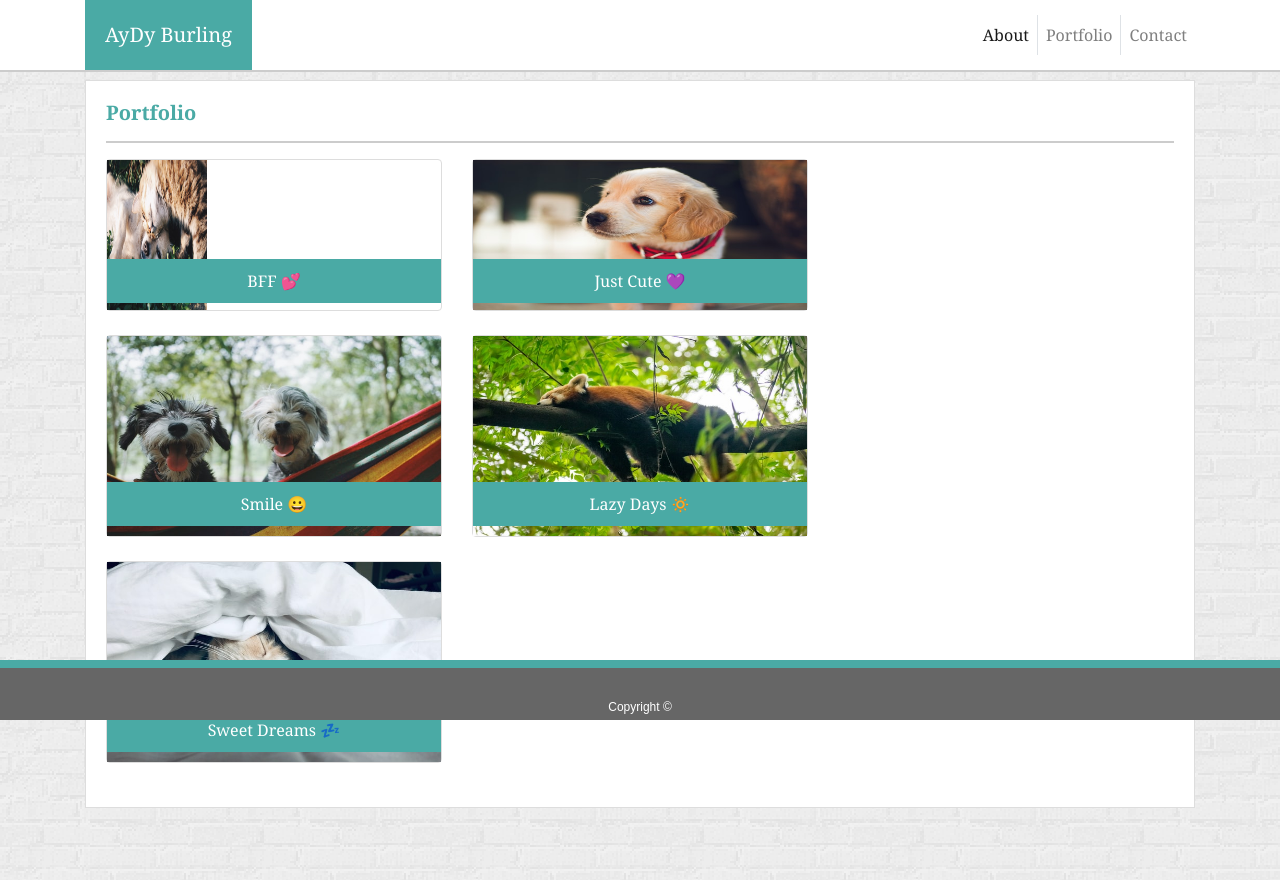
Repository: Dee1985/AyDy-Burling-prework
Page: Module-1_Assessment/portfolio.html
These files come from the project's save history. The page is drawn as it stood at one moment and after the next save; the edit follows.
The browser window is 1280 px wide. The pictures show the whole page.

Above is the page before, as saved 2020-05-22 23:31:41.

### Module-1_Assessment/portfolio.html
<!DOCTYPE html>
<html lang="en">
  <head>
    <meta charset="UTF-8" />
    <meta name="viewport" content="width=device-width, initial-scale=1.0" />
    <meta http-equiv="X-UA-Compatible" content="ie=edge" />
    <title>Portfolio</title>
    <link rel="stylesheet" href="assets/css/reset.css" />
    <link
      rel="stylesheet"
      href="https://stackpath.bootstrapcdn.com/bootstrap/4.3.1/css/bootstrap.min.css"
      integrity="sha384-ggOyR0iXCbMQv3Xipma34MD+dH/1fQ784/j6cY/iJTQUOhcWr7x9JvoRxT2MZw1T"
      crossorigin="anonymous"
    />
    <link rel="stylesheet" href="assets/css/style.css" />
  </head>
  <body>
    <nav class="navbar navbar-light navbar-expand-lg p-0 card-gallery ">
      <div class="container">
        <a href="# "class="navbar-brand text-white"
          >AyDy Burling</a>
          <button
              class="navbar-toggler"
              type="button"
              data-toggle="collapse"
              data-target="#navbarTogglerDemo02"
              aria-controls="navbarTogglerDemo02"
              aria-expanded="false"
              aria-label="Toggle navigation"
            >
              <span class="navbar-toggler-icon"></span>
            </button>
            <div class="collapse navbar-collapse" id="navbarTogglerDemo02">
              <ul class="navbar-nav ml-auto mt-2 mt-lg-0">
                <li class="nav-item active">
                  <a class="nav-link border-right" href="index.html">About</a>
                </li>
                <li class="nav-item">
                  <a class="nav-link border-right" href="#">Portfolio</a>
                </li>
                <li class="nav-item">
                  <a class="nav-link" href="contact.html" tabindex="-1">Contact</a>
                </li>
              </ul>
            </div>
          </nav>

    <section class="card-gallery">
      <div class="container">
        <div class="row">
          <div class="col mb-4 mt-2">
            <div class="card rounded-0 mb-5">
              <div class="card-body">
              <h5 class="card-title">Portfolio</h5>
              <hr />
              <!-- start of cards -->
            <div class="row justify-content-start">
              <!-- first card -->
                <div class="col-4 mb-4">
                            <div class="card text-white">
                                <img src="assets/img/krista-mangulsone-9gz3wfHr65U-unsplash.jpg"  width="30%"height="150px" alt="cat and dog cuddles">
                                <div class="card-heading text-center">
                                    BFF 💕
                                </div>
                            </div>
                        </div>
               <!-- second card -->
                <div class="col-4 mb-4">
                            <div class="card text-white">
                                <img src="assets/img/berkay-gumustekin-ngqyo2AYYnE-unsplash.jpg" width="100%" height="150px" alt="puppy pic">
                                <div class="card-heading text-center">
                                    Just Cute 💜
                                </div>
                            </div>
                  </div>
            </div>
               <!-- third card -->
            <div class="row">
              <div class="col-4 mb-4">
                            <div class="card text-white">
                                <img src="assets/img/alvan-nee-FHl79chXS6s-unsplash.jpg" width="100%" height="200px" alt="two dogs smiling">
                                <div class="card-heading text-center">
                                    Smile 😀
                                </div>
                            </div>
                        </div>
               <!-- fourth card -->
                   <div class="col-4 mb-4">
                            <div class="card text-white">
                                <img src="assets/img/chris-curry-GYpsSWHslHA-unsplash.jpg" width="100%" height="200px" alt="animal sleeping on branch">
                                <div class="card-heading text-center">
                                    Lazy Days 🔅
                                </div>
                            </div>
                        </div>
                        </div>
               <!-- fifth card -->
               <div class="row justify-content-start">
                   <div class="col-4 mb-4">
                            <div class="card text-white">
                                <img src="assets/img/kate-stone-matheson-uy5t-CJuIK4-unsplash.jpg" width="100%" height="200px" alt="cat under a blanket">
                                <div class="card-heading text-center">
                                    Sweet Dreams 💤
                                </div>
                            </div>
                        </div>
                        </div>

            </div>
              </div>
            </div>
          </div>
        </div>
      </div>
    </section>
    <footer>
      <div class="fixed text-center text-white"> Copyright &copy;</div>
    </footer>

    <script
      src="https://code.jquery.com/jquery-3.3.1.slim.min.js"
      integrity="sha384-q8i/X+965DzO0rT7abK41JStQIAqVgRVzpbzo5smXKp4YfRvH+8abtTE1Pi6jizo"
      crossorigin="anonymous"
    ></script>
    <script
      src="https://cdnjs.cloudflare.com/ajax/libs/popper.js/1.14.7/umd/popper.min.js"
      integrity="sha384-UO2eT0CpHqdSJQ6hJty5KVphtPhzWj9WO1clHTMGa3JDZwrnQq4sF86dIHNDz0W1"
      crossorigin="anonymous"
    ></script>
    <script
      src="https://stackpath.bootstrapcdn.com/bootstrap/4.3.1/js/bootstrap.min.js"
      integrity="sha384-JjSmVgyd0p3pXB1rRibZUAYoIIy6OrQ6VrjIEaFf/nJGzIxFDsf4x0xIM+B07jRM"
      crossorigin="anonymous"
    ></script>
  </body>
</html>

### Module-1_Assessment/assets/css/style.css
* {
	box-sizing: border-box;
	margin: 0;
	padding: 0;
}

section {
	/* https://www.toptal.com/designers/subtlepatterns/?s=brick */
	background-image: url('../img/brickwall_@2X.png');
	background-position: center;
}

nav {
	font-family: Cambria, Cochin, Georgia, Times, 'Times New Roman', serif;
}

.btn {
	background-color: #4aaaa5;
	border-color: #4aaaa5;
}
.navbar {
	border-bottom: 2px solid #cccccc;
}
a.navbar-brand {
	background-color: #4aaaa5;
	padding: 20px;
	margin: 0;
}
hr {
	border-top: 2px solid;
	border-color: #cccccc;
}
div.col-4.mb-4 {
	width: 20%;
}
.card {
	font-family: Arial, Helvetica, sans-serif;
	border-color: #dddddd;
}
.card-title {
	font-size: 20px;
	color: #4aaaa5;
	font-family: Cambria, Cochin, Georgia, Times, 'Times New Roman', serif;
	font-weight: bold;
}
.card-heading {
	background-color: #4aaaa5;
	font-size: 16px;
	font-family: Cambria, Cochin, Georgia, Times, 'Times New Roman', serif;
	position: absolute;
	bottom: 5%;
	width: 100%;
	padding-top: 10px;
	padding-bottom: 10px;
}

footer {
	position: fixed;
	left: 0;
	bottom: 0;
	width: 100%;
	border-top: 8px solid #4aaaa5;
	background-color: #666666;
	color: #ffffff;
	font-family: Arial, 'Helvetica Neue', Helvetica, sans-serif;
	font-size: 12px;
	height: 60px;
	padding-top: 30px;
}

Loaded but not shown: Module-1_Assessment/assets/css/reset.css (common file)

After the next save:
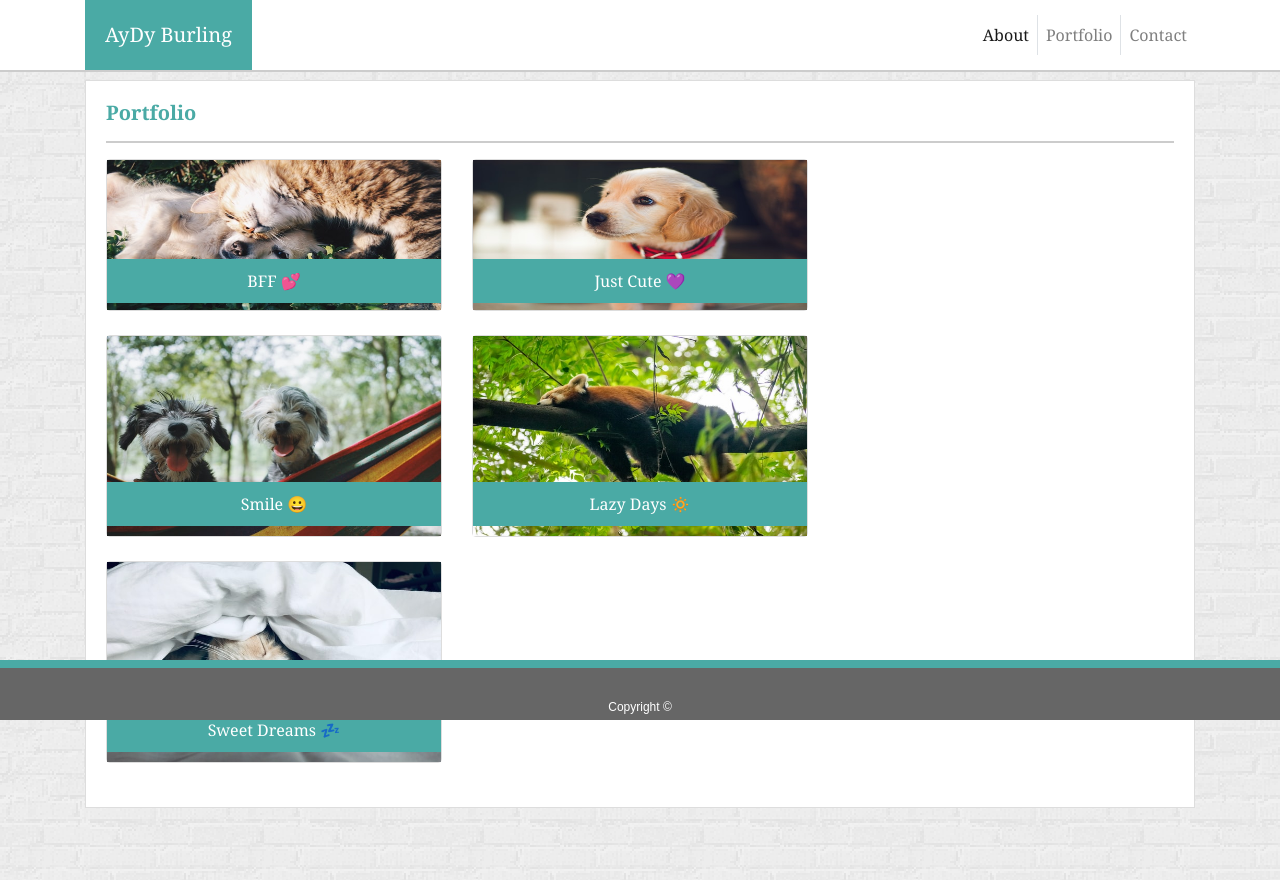
Saved 58 s later.
--- a/Module-1_Assessment/portfolio.html
+++ b/Module-1_Assessment/portfolio.html
@@ -58,7 +58,7 @@
               <!-- first card -->
                 <div class="col-4 mb-4">
                             <div class="card text-white">
-                                <img src="assets/img/krista-mangulsone-9gz3wfHr65U-unsplash.jpg"  width="30%"height="150px" alt="cat and dog cuddles">
+                                <img src="assets/img/krista-mangulsone-9gz3wfHr65U-unsplash.jpg"  height="150px" alt="cat and dog cuddles">
                                 <div class="card-heading text-center">
                                     BFF 💕
                                 </div>
